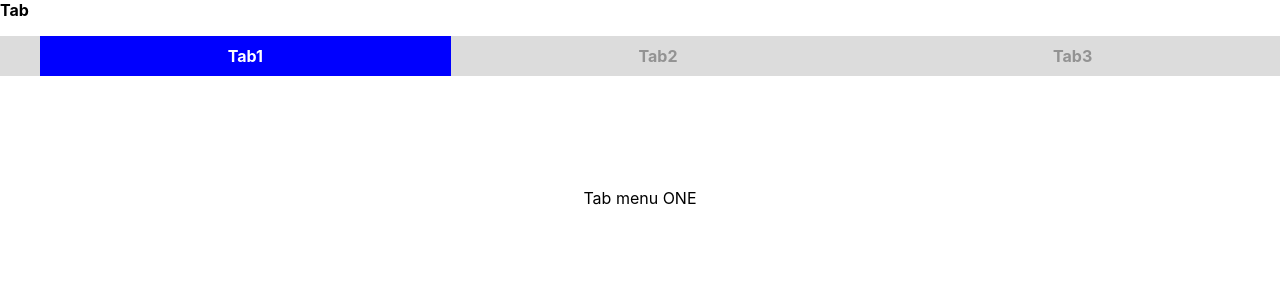
Repository: janghwahyun/wanted_pre_onboarding
Page: /Tab
An editor plug-in stored every save of this project. The page is shown before and after the next save, followed by the edit.
The browser window is 1280 px wide. The pictures show the whole page.
The project was rebuilt for these pictures with package versions that can differ from the ones it lists, and the page was loaded fresh each time. Also part of the build but not shown: src/component/ClickToEdit.js, src/component/AutoComplete.js, src/component/Modal.js, src/component/Tag.js, src/component/Toggle.js.

Above is the page before, as saved 2022-02-11 14:08:03.

After the next save:
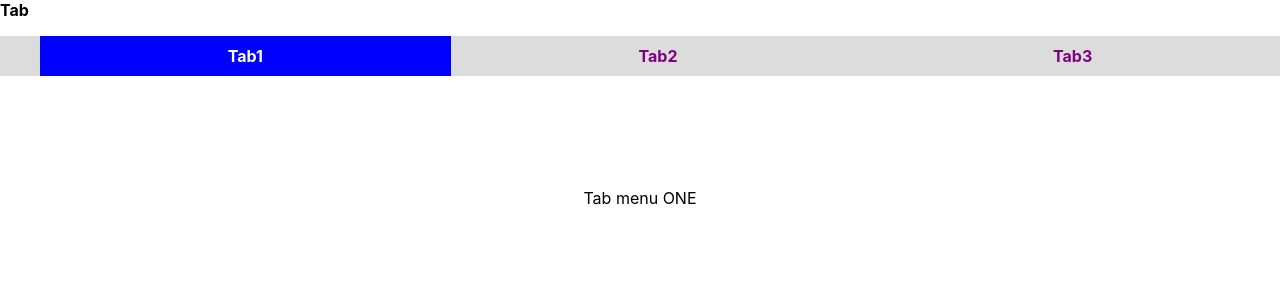
Saved 19 s later.
--- a/src/component/Tab.js
+++ b/src/component/Tab.js
@@ -37,7 +37,7 @@ const Tab = () => {
 
 const TabMenu = styled.ul`
   background-color: #dcdcdc;
-  color: rgba(73, 73, 73, 0.5);
+  color: purple;
   font-weight: bold;
   display: flex;
   flex-direction: row;
